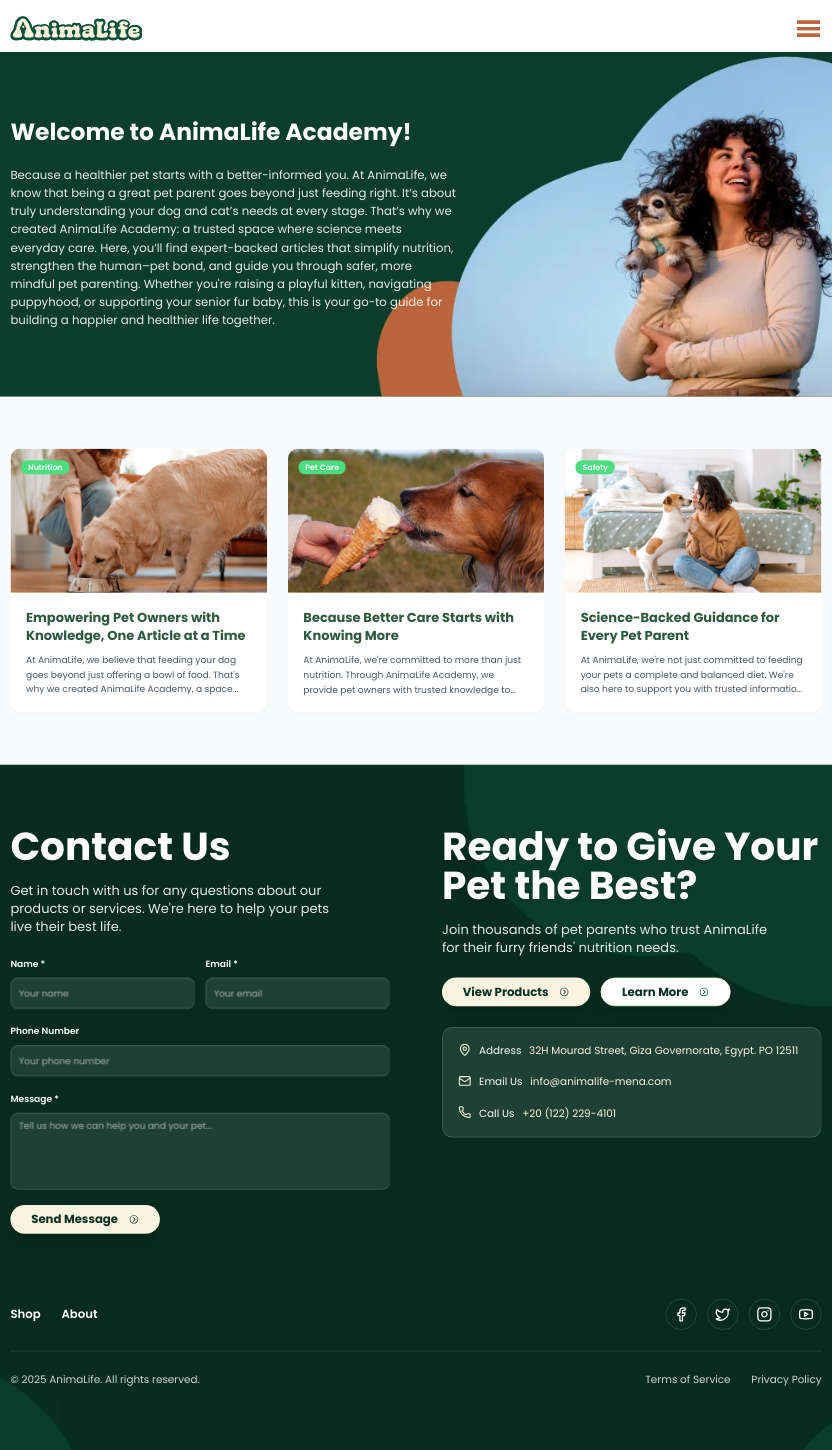
Repository: the-jupiteragency/animalife
Page: /academy
These files come from the project's save history. The page is drawn as it stood at one moment and after the next save; the edit follows.
The browser window is 1280 px wide. The pictures show the whole page, at 65% of full size.
The project was rebuilt for these pictures with package versions that can differ from the ones it lists, and the page was loaded fresh each time. The framework's server and built-in components were replaced by stand-ins that run in the browser. Also part of the build but not shown: next.config.mjs.

Above is the page before, as saved 2025-08-10 17:39:13.

### app/layout.tsx
import type { Metadata, Viewport } from "next";
import "./globals.css";
import { Header } from "@/components/header";
import { Footer } from "@/components/footer";
import Script from "next/script";

export const metadata: Metadata = {
  metadataBase: new URL('https://animalife.vercel.app'),
  title: {
    default: "AnimaLife | Science-Driven Pet Nutrition & Wellness",
    template: "%s | AnimaLife"
  },
  description:
    "AnimaLife offers science-driven, complete, and balanced nutrition for pets. Discover products tailored to your pet's unique needs, expert advice, and a passionate community of animal lovers.",
  keywords: [
    "AnimaLife",
    "pet nutrition",
    "dog food",
    "cat food",
    "science-based pet care",
    "pet wellness",
    "healthy pets",
    "animal health",
    "pet products",
    "pet academy",
    "pet community",
    "premium pet food",
    "natural pet nutrition",
    "pet health supplements"
  ],
  authors: [{ name: "AnimaLife Team", url: "https://animalife.vercel.app" }],
  creator: "AnimaLife",
  publisher: "AnimaLife",
  formatDetection: {
    email: false,
    address: false,
    telephone: false,
  },
  category: 'Pet Care',
  classification: 'Pet Nutrition and Wellness',
  openGraph: {
    title: "AnimaLife | Science-Driven Pet Nutrition & Wellness",
    description:
      "AnimaLife offers science-driven, complete, and balanced nutrition for pets. Discover products tailored to your pet's unique needs, expert advice, and a passionate community of animal lovers.",
    url: "https://animalife.vercel.app",
    siteName: "AnimaLife",
    images: [
      {
        url: "/hero1.webp",
        width: 1200,
        height: 630,
        alt: "AnimaLife - Science-Driven Pet Nutrition",
      },
    ],
    locale: "en_US",
    type: "website",
  },
  twitter: {
    card: 'summary_large_image',
    title: 'AnimaLife | Science-Driven Pet Nutrition & Wellness',
    description: 'AnimaLife offers science-driven, complete, and balanced nutrition for pets. Discover products tailored to your pet\'s unique needs.',
    images: ['/hero1.webp'],
    creator: '@animalife',
    site: '@animalife'
  },
  robots: {
    index: true,
    follow: true,
    googleBot: {
      index: true,
      follow: true,
      'max-video-preview': -1,
      'max-image-preview': 'large',
      'max-snippet': -1,
    },
  },
  icons: {
    icon: [
      { url: '/favicon.ico' },
      { url: '/favicon.png', type: 'image/png' },
    ],
    shortcut: '/favicon.ico',
    apple: [
      { url: '/apple-touch-icon.png' },
      { url: '/apple-touch-icon-72x72.png', sizes: '72x72', type: 'image/png' },
      { url: '/apple-touch-icon-114x114.png', sizes: '114x114', type: 'image/png' },
    ],
  },
  manifest: '/site.webmanifest',
  alternates: {
    canonical: 'https://animalife.vercel.app',
  },
  verification: {
    google: 'your-google-verification-code',
    yandex: 'your-yandex-verification-code',
    yahoo: 'your-yahoo-verification-code',
  },
};

export const viewport: Viewport = {
  themeColor: "#1B4838",
};

const jsonLd = {
  '@context': 'https://schema.org',
  '@type': 'Organization',
  name: 'AnimaLife',
  url: 'https://animalife.vercel.app',
  logo: 'https://animalife.vercel.app/logo.svg',
  description: 'AnimaLife offers science-driven, complete, and balanced nutrition for pets.',
  contactPoint: {
    '@type': 'ContactPoint',
    contactType: 'Customer Service',
    availableLanguage: 'English'
  },
  sameAs: [
    'https://facebook.com/animalife',
    'https://twitter.com/animalife',
    'https://instagram.com/animalife'
  ],
  address: {
    '@type': 'PostalAddress',
    addressCountry: 'EG'
  }
};

export default function RootLayout({
  children,
}: Readonly<{
  children: React.ReactNode;
}>) {
  return (
    <html lang="en">
      <head>
        <link rel="preconnect" href="https://fonts.googleapis.com" />
        <link rel="preconnect" href="https://fonts.gstatic.com" crossOrigin="anonymous" />
        <link rel="dns-prefetch" href="https://fonts.googleapis.com" />
        <meta name="theme-color" content="#1B4838" />
        <meta name="msapplication-TileColor" content="#1B4838" />
        <meta name="apple-mobile-web-app-capable" content="yes" />
        <meta name="apple-mobile-web-app-status-bar-style" content="default" />
        <meta name="format-detection" content="telephone=no" />
        <Script
          id="json-ld"
          type="application/ld+json"
          dangerouslySetInnerHTML={{ __html: JSON.stringify(jsonLd) }}
        />
      </head>
      <body>
        <Header />
        {children}
        <Footer />
      </body>
    </html>
  );
}

### app/academy/page.tsx
"use client";

import { Card, CardContent } from "@/components/ui/card";
import { Badge } from "@/components/ui/badge";
import Image from "next/image";
import Link from "next/link";
import { Header } from "@/components/header";
import { AcademyPosts } from "@/app/data/academy-posts";

// Remove the hardcoded blogPosts array and use:
const blogPosts = AcademyPosts;

export default function AcademyPage() {
  return (
    <div className="min-h-screen bg-white">
      {/* Header */}
      <Header />
      {/* Add top padding to account for fixed header */}
      <div className="pt-20">
        {/* Hero Banner Section */}
        <section className="relative h-[530px] bg-[#2d5a3d] overflow-hidden">
          <div className="absolute inset-0">
            <Image
              src="/academy-banner.webp"
              alt="Academy Banner"
              fill
              className="object-cover w-full h-full"
              priority
            />
          </div>
          <div className="relative z-10 container mx-auto px-4 h-full flex items-center">
            <div className="max-w-3xl">
              <h1 className="text-4xl md:text-5xl lg:text-4xl font-bold text-white mb-8 leading-tight">
                Welcome to AnimaLife Academy!
              </h1>
              <p className="w-[690px] text-lg md:text-lg text-white/90 leading-relaxed">
                Because a healthier pet starts with a better-informed you. At
                AnimaLife, we know that being a great pet parent goes beyond
                just feeding right. It’s about truly understanding your dog and
                cat’s needs at every stage. That’s why we created AnimaLife
                Academy: a trusted space where science meets everyday care.
                Here, you’ll find expert-backed articles that simplify
                nutrition, strengthen the human–pet bond, and guide you through
                safer, more mindful pet parenting. Whether you're raising a
                playful kitten, navigating puppyhood, or supporting your senior
                fur baby, this is your go-to guide for building a happier and
                healthier life together.
              </p>
            </div>
          </div>
        </section>

        {/* Blog Posts Grid */}
        <section className="py-12 md:py-20 bg-gray-50">
          <div className="container mx-auto px-4">
            <div className="grid grid-cols-1 md:grid-cols-2 lg:grid-cols-3 gap-6 md:gap-8">
              {blogPosts.map((post) => (
                <Link key={post.id} href={`/academy/${post.slug}`}>
                  <Card className="cursor-pointer transform transition-all duration-300 hover:scale-105 hover:shadow-xl bg-white border-0 rounded-2xl overflow-hidden group">
                    <CardContent className="p-0">
                      <div className="aspect-video relative overflow-hidden">
                        <Image
                          src={post.image || "/placeholder.svg"}
                          alt={post.title}
                          fill
                          className="object-cover w-full h-full group-hover:scale-105 transition-all duration-500"
                          sizes="(max-width: 768px) 100vw, (max-width: 1200px) 50vw, 33vw"
                        />
                        <div className="absolute top-4 left-4">
                          <Badge className="bg-[#4ade80] text-white hover:bg-[#22c55e] group-hover:scale-110 transition-transform duration-300">
                            {post.category}
                          </Badge>
                        </div>
                      </div>

                      <div className="p-4 md:p-6">
                        <h3 className="text-lg md:text-xl font-bold text-[#2d5a3d] mb-3 line-clamp-2 group-hover:text-[#1e3a2a] transition-colors duration-300">
                          {post.title}
                        </h3>
                        <p className="text-gray-600 text-sm leading-relaxed line-clamp-3 group-hover:text-gray-700 transition-colors duration-300">
                          {post.excerpt}
                        </p>
                      </div>
                    </CardContent>
                  </Card>
                </Link>
              ))}
            </div>
          </div>
        </section>
      </div>{" "}
      {/* Close pt-20 div */}
    </div>
  );
}

### components/header.tsx
"use client";

import { useState, useEffect } from "react";
import { Menu, X } from "lucide-react";
import { GiHamburgerMenu } from "react-icons/gi";
import { IoMdCloseCircle } from "react-icons/io";
import { Button } from "@/components/ui/button";
import Link from "next/link";
import Image from "next/image";

export function Header() {
  const [isMenuOpen, setIsMenuOpen] = useState(false);
  const [scrolled, setScrolled] = useState(false);

  useEffect(() => {
    const handleScroll = () => {
      setScrolled(window.scrollY > 10);
    };
    window.addEventListener("scroll", handleScroll);
    return () => window.removeEventListener("scroll", handleScroll);
  }, []);

  return (
    <header
      className={`fixed top-0 left-0 right-0 z-50 transition-colors duration-300 ${
        scrolled ? "bg-[#0A3D2C]" : "bg-transparent"
      }`}
    >
      <div className="container mx-auto px-4 py-4 md:py-6 flex items-center justify-between font-mono font-normal text-base bg-transparent text-[rgba(249,244,223,1)] flex-row">
        <Link
          href="/"
          className="text-white text-xl md:text-2xl font-bold hover:text-green-200 transition-colors"
        >
          <Image
            src="/logo.svg"
            alt="AnimaLife"
            width={120}
            height={120}
            priority
            style={{ width: "auto", height: "auto" }}
          />
        </Link>

        <div
          className="transition-all duration-300 hover:scale-110"
          onClick={() => setIsMenuOpen(!isMenuOpen)}
        >
          {isMenuOpen ? (
            <IoMdCloseCircle
              className={`h-10 w-10 ${scrolled ? "text-white" : "text-[#1B4838]"}`}
            />
          ) : (
            <GiHamburgerMenu
              className={`h-10 w-10 ${scrolled ? "text-white" : "md:text-[#BA643B]"}`}
            />
          )}
        </div>
      </div>

      {/* Menu Overlay */}
      {isMenuOpen && (
        <div className="fixed inset-0 z-50 bg-[#2d5a3d]">
          <div className="absolute top-4 right-4">
            <div
              className="text-white transition-all duration-300 hover:scale-110"
              onClick={() => setIsMenuOpen(false)}
            >
              <IoMdCloseCircle className="h-12 w-12" />
            </div>
          </div>

          <div className="flex items-center justify-center min-h-screen">
            <nav className="text-center space-y-8 md:space-y-12">
              <Link
                href="/"
                className="block text-white text-xl md:text-2xl font-medium hover:text-green-200 transition-colors"
                onClick={() => setIsMenuOpen(false)}
              >
                Home
              </Link>
              <Link
                href="/products"
                className="block text-white text-xl md:text-2xl font-medium hover:text-green-200 transition-colors"
                onClick={() => setIsMenuOpen(false)}
              >
                Our Products
              </Link>
              <Link
                href="/about"
                className="block text-white text-xl md:text-2xl font-medium hover:text-green-200 transition-colors"
                onClick={() => setIsMenuOpen(false)}
              >
                Discover AnimaLife
              </Link>
              <Link
                href="/academy"
                className="block text-white text-xl md:text-2xl font-medium hover:text-green-200 transition-colors"
                onClick={() => setIsMenuOpen(false)}
              >
                AnimaLife Academy
              </Link>
            </nav>
          </div>
        </div>
      )}
    </header>
  );
}

### components/ui/card.tsx
import * as React from "react"

import { cn } from "@/lib/utils"

const Card = React.forwardRef<
  HTMLDivElement,
  React.HTMLAttributes<HTMLDivElement>
>(({ className, ...props }, ref) => (
  <div
    ref={ref}
    className={cn(
      "rounded-lg border bg-card text-card-foreground shadow-sm",
      className
    )}
    {...props}
  />
))
Card.displayName = "Card"

const CardHeader = React.forwardRef<
  HTMLDivElement,
  React.HTMLAttributes<HTMLDivElement>
>(({ className, ...props }, ref) => (
  <div
    ref={ref}
    className={cn("flex flex-col space-y-1.5 p-6", className)}
    {...props}
  />
))
CardHeader.displayName = "CardHeader"

const CardTitle = React.forwardRef<
  HTMLDivElement,
  React.HTMLAttributes<HTMLDivElement>
>(({ className, ...props }, ref) => (
  <div
    ref={ref}
    className={cn(
      "text-2xl font-semibold leading-none tracking-tight",
      className
    )}
    {...props}
  />
))
CardTitle.displayName = "CardTitle"

const CardDescription = React.forwardRef<
  HTMLDivElement,
  React.HTMLAttributes<HTMLDivElement>
>(({ className, ...props }, ref) => (
  <div
    ref={ref}
    className={cn("text-sm text-muted-foreground", className)}
    {...props}
  />
))
CardDescription.displayName = "CardDescription"

const CardContent = React.forwardRef<
  HTMLDivElement,
  React.HTMLAttributes<HTMLDivElement>
>(({ className, ...props }, ref) => (
  <div ref={ref} className={cn("p-6 pt-0", className)} {...props} />
))
CardContent.displayName = "CardContent"

const CardFooter = React.forwardRef<
  HTMLDivElement,
  React.HTMLAttributes<HTMLDivElement>
>(({ className, ...props }, ref) => (
  <div
    ref={ref}
    className={cn("flex items-center p-6 pt-0", className)}
    {...props}
  />
))
CardFooter.displayName = "CardFooter"

export { Card, CardHeader, CardFooter, CardTitle, CardDescription, CardContent }

### components/ui/badge.tsx
import * as React from "react"
import { cva, type VariantProps } from "class-variance-authority"

import { cn } from "@/lib/utils"

const badgeVariants = cva(
  "inline-flex items-center rounded-full border px-2.5 py-0.5 text-xs font-semibold transition-colors focus:outline-none focus:ring-2 focus:ring-ring focus:ring-offset-2",
  {
    variants: {
      variant: {
        default:
          "border-transparent bg-primary text-primary-foreground hover:bg-primary/80",
        secondary:
          "border-transparent bg-secondary text-secondary-foreground hover:bg-secondary/80",
        destructive:
          "border-transparent bg-destructive text-destructive-foreground hover:bg-destructive/80",
        outline: "text-foreground",
      },
    },
    defaultVariants: {
      variant: "default",
    },
  }
)

export interface BadgeProps
  extends React.HTMLAttributes<HTMLDivElement>,
    VariantProps<typeof badgeVariants> {}

function Badge({ className, variant, ...props }: BadgeProps) {
  return (
    <div className={cn(badgeVariants({ variant }), className)} {...props} />
  )
}

export { Badge, badgeVariants }

### components/ui/button.tsx
import * as React from "react";
import { Slot } from "@radix-ui/react-slot";
import { cva, type VariantProps } from "class-variance-authority";

import { cn } from "@/lib/utils";

const buttonVariants = cva(
  "inline-flex items-center justify-center gap-2 whitespace-nowrap rounded-md text-sm font-medium ring-offset-background transition-colors focus-visible:outline-none focus-visible:ring-2 focus-visible:ring-ring focus-visible:ring-offset-2 disabled:pointer-events-none disabled:opacity-50 [&_svg]:pointer-events-none [&_svg]:size-4 [&_svg]:shrink-0",
  {
    variants: {
      variant: {
        default: "bg-primary text-primary-foreground hover:bg-primary/90",
        destructive:
          "bg-destructive text-destructive-foreground hover:bg-destructive/90",
        outline:
          "border border-input bg-background hover:bg-accent hover:text-accent-foreground",
        secondary:
          "bg-secondary text-secondary-foreground hover:bg-secondary/80",
        ghost: "hover:bg-accent hover:text-accent-foreground",
        link: "text-primary underline-offset-4 hover:underline",
        icon: "bg-transparent",
        hover:
          "bg-[#F9F4DF] text-[#0A3024] hover:bg-[#A7552E] hover:text-white",
      },
      size: {
        default: "h-10 px-4 py-2",
        sm: "h-9 rounded-md px-3",
        lg: "h-11 rounded-md px-8",
        icon: "h-10 w-10",
      },
    },
    defaultVariants: {
      variant: "default",
      size: "default",
    },
  }
);

export interface ButtonProps
  extends React.ButtonHTMLAttributes<HTMLButtonElement>,
    VariantProps<typeof buttonVariants> {
  asChild?: boolean;
}

const Button = React.forwardRef<HTMLButtonElement, ButtonProps>(
  ({ className, variant, size, asChild = false, ...props }, ref) => {
    const Comp = asChild ? Slot : "button";
    return (
      <Comp
        className={cn(buttonVariants({ variant, size, className }))}
        ref={ref}
        {...props}
      />
    );
  }
);
Button.displayName = "Button";

export { Button, buttonVariants };

### components/ui/input.tsx
import * as React from "react"

import { cn } from "@/lib/utils"

const Input = React.forwardRef<HTMLInputElement, React.ComponentProps<"input">>(
  ({ className, type, ...props }, ref) => {
    return (
      <input
        type={type}
        className={cn(
          "flex h-10 w-full rounded-md border border-input bg-background px-3 py-2 text-base ring-offset-background file:border-0 file:bg-transparent file:text-sm file:font-medium file:text-foreground placeholder:text-muted-foreground focus-visible:outline-none focus-visible:ring-2 focus-visible:ring-ring focus-visible:ring-offset-2 disabled:cursor-not-allowed disabled:opacity-50 md:text-sm",
          className
        )}
        ref={ref}
        {...props}
      />
    )
  }
)
Input.displayName = "Input"

export { Input }

### tailwind.config.ts
import type { Config } from "tailwindcss";

const config: Config = {
  darkMode: ["class"],
  content: [
    "./pages/**/*.{js,ts,jsx,tsx,mdx}",
    "./components/**/*.{js,ts,jsx,tsx,mdx}",
    "./app/**/*.{js,ts,jsx,tsx,mdx}",
    "*.{js,ts,jsx,tsx,mdx}",
  ],
  theme: {
    extend: {
      colors: {
        background: "hsl(var(--background))",
        foreground: "hsl(var(--foreground))",
        card: {
          DEFAULT: "hsl(var(--card))",
          foreground: "hsl(var(--card-foreground))",
        },
        popover: {
          DEFAULT: "hsl(var(--popover))",
          foreground: "hsl(var(--popover-foreground))",
        },
        primary: {
          DEFAULT: "hsl(var(--primary))",
          foreground: "hsl(var(--primary-foreground))",
        },
        secondary: {
          DEFAULT: "hsl(var(--secondary))",
          foreground: "hsl(var(--secondary-foreground))",
        },
        muted: {
          DEFAULT: "hsl(var(--muted))",
          foreground: "hsl(var(--muted-foreground))",
        },
        accent: {
          DEFAULT: "hsl(var(--accent))",
          foreground: "hsl(var(--accent-foreground))",
        },
        destructive: {
          DEFAULT: "hsl(var(--destructive))",
          foreground: "hsl(var(--destructive-foreground))",
        },
        border: "hsl(var(--border))",
        input: "hsl(var(--input))",
        ring: "hsl(var(--ring))",
        chart: {
          "1": "hsl(var(--chart-1))",
          "2": "hsl(var(--chart-2))",
          "3": "hsl(var(--chart-3))",
          "4": "hsl(var(--chart-4))",
          "5": "hsl(var(--chart-5))",
        },
        sidebar: {
          DEFAULT: "hsl(var(--sidebar-background))",
          foreground: "hsl(var(--sidebar-foreground))",
          primary: "hsl(var(--sidebar-primary))",
          "primary-foreground": "hsl(var(--sidebar-primary-foreground))",
          accent: "hsl(var(--sidebar-accent))",
          "accent-foreground": "hsl(var(--sidebar-accent-foreground))",
          border: "hsl(var(--sidebar-border))",
          ring: "hsl(var(--sidebar-ring))",
        },
      },
      borderRadius: {
        lg: "var(--radius)",
        md: "calc(var(--radius) - 2px)",
        sm: "calc(var(--radius) - 4px)",
      },
      fontFamily: {
        sans: [
          'Poppins',
          '-apple-system',
          'BlinkMacSystemFont',
          'Segoe UI',
          'Roboto',
          'Oxygen',
          'Ubuntu',
          'Cantarell',
          'Fira Sans',
          'Droid Sans',
          'Helvetica Neue',
          'sans-serif'
        ],
        headline: [
          'Co Headline',
          'Poppins',
          '-apple-system',
          'BlinkMacSystemFont',
          'Segoe UI',
          'sans-serif'
        ],
      },
      keyframes: {
        "accordion-down": {
          from: {
            height: "0",
          },
          to: {
            height: "var(--radix-accordion-content-height)",
          },
        },
        "accordion-up": {
          from: {
            height: "var(--radix-accordion-content-height)",
          },
          to: {
            height: "0",
          },
        },
      },
      animation: {
        "accordion-down": "accordion-down 0.2s ease-out",
        "accordion-up": "accordion-up 0.2s ease-out",
      },
    },
  },
  plugins: [require("tailwindcss-animate")],
};
export default config;

Loaded but not shown: components/ui/textarea.tsx (common file); lib/utils.ts (common file); components/footer.tsx (439 lines, source omitted); app/data/academy-posts.ts (242 lines, source omitted); app/globals.css (185 lines, source omitted)

After the next save:
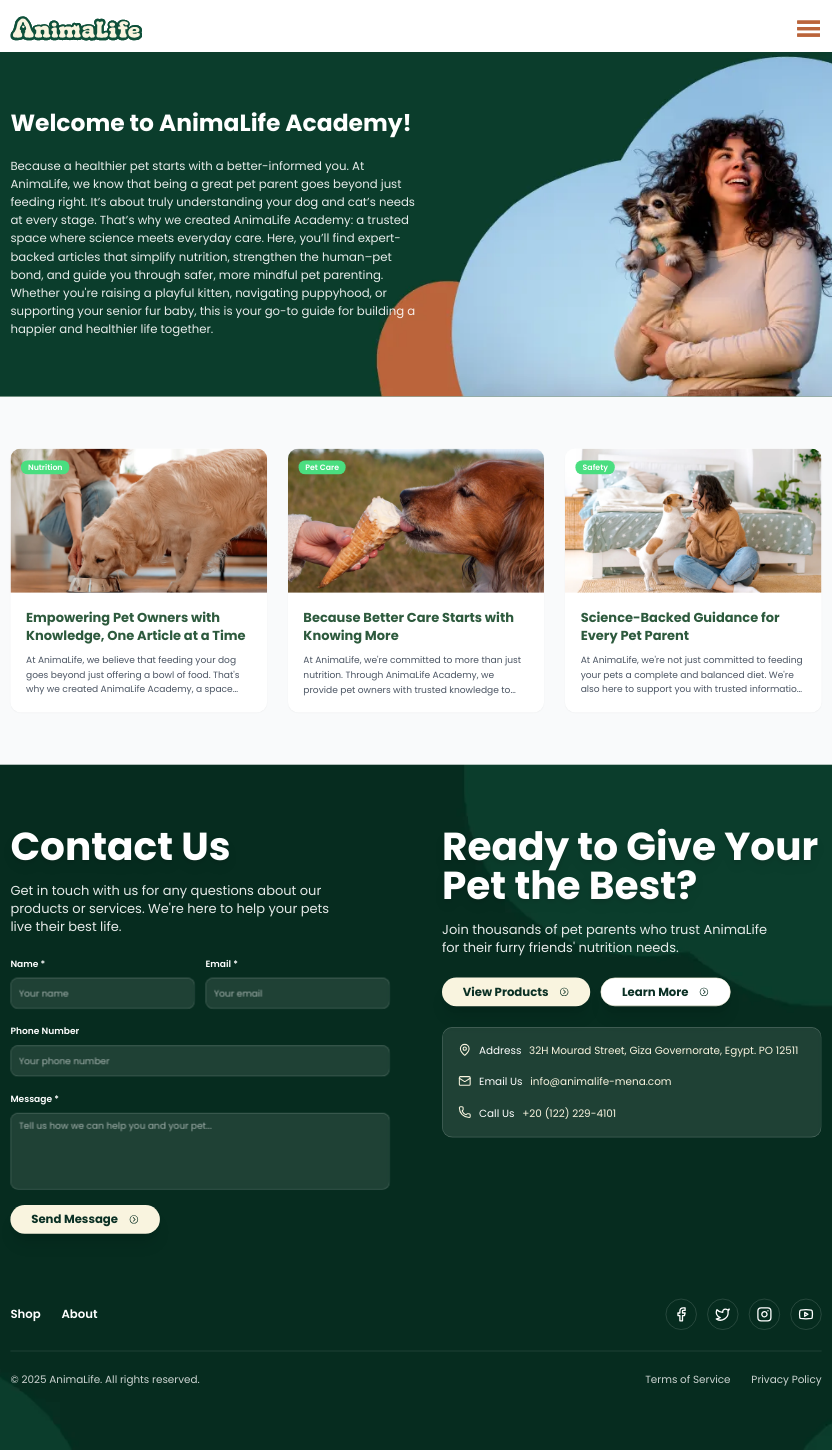
Saved 8 s later.
--- a/app/academy/page.tsx
+++ b/app/academy/page.tsx
@@ -33,7 +33,7 @@
               <h1 className="text-4xl md:text-5xl lg:text-4xl font-bold text-white mb-8 leading-tight">
                 Welcome to AnimaLife Academy!
               </h1>
-              <p className="w-[690px] text-lg md:text-lg text-white/90 leading-relaxed">
+              <p className="w-[640px] text-lg md:text-lg text-white/90 leading-relaxed">
                 Because a healthier pet starts with a better-informed you. At
                 AnimaLife, we know that being a great pet parent goes beyond
                 just feeding right. It’s about truly understanding your dog and
